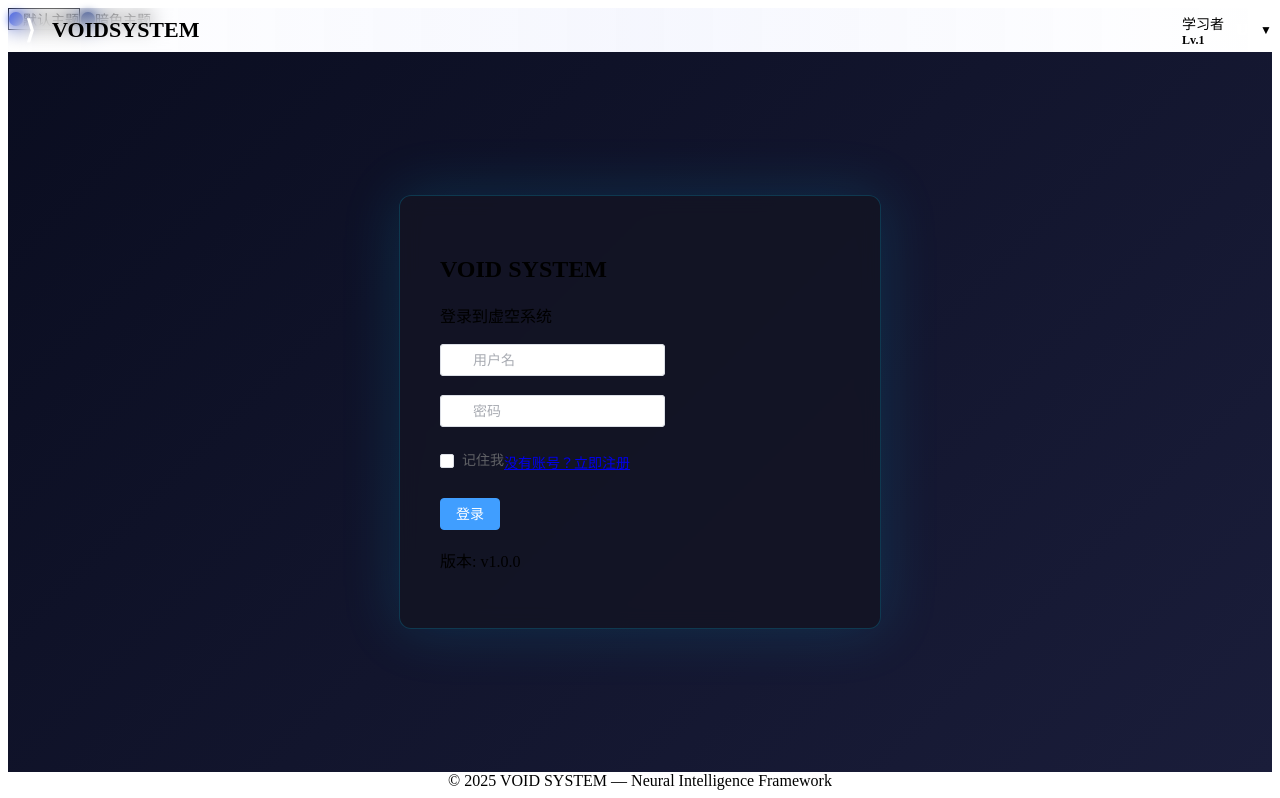
Repository: Void-Creator-Deity/Void-System
Page: /settings (app in void-system-frontend/)
The author's editor kept a copy of each file at every save. The page is drawn from the files as they stood at one save, then again after the next save.
The browser window is 1280 px wide. The pictures show the whole page.
The project was rebuilt for these pictures with package versions that can differ from the ones it lists, and the page was loaded fresh each time. Also part of the build but not shown: void-system-frontend/vite.config.js.

Above is the page before, as saved 2025-11-20 21:42:00.

### void-system-frontend/index.html
<!doctype html>
<html lang="en">
  <head>
    <meta charset="UTF-8" />
    <link rel="icon" type="image/svg+xml" href="/vite.svg" />
    <meta name="viewport" content="width=device-width, initial-scale=1.0" />
    <title>void-system-frontend</title>
  </head>
  <body>
    <div id="app"></div>
    <script type="module" src="/src/main.js"></script>
  </body>
</html>

### void-system-frontend/src/main.js
import { createApp } from "vue"
import App from "./App.vue"
import router from "./router"
import ElementPlus from "element-plus"
import "element-plus/dist/index.css"
import { setupAuthInterceptor } from "./api/user.js"

// 初始化认证拦截器
setupAuthInterceptor()

// 添加系统初始化效果
document.addEventListener('DOMContentLoaded', () => {
  document.body.classList.add('system-loaded')
})

const app = createApp(App)
app.use(router)
app.use(ElementPlus)
app.mount("#app")

### void-system-frontend/src/App.vue
<template>
  <div id="app">
    <!-- 加载遮罩 -->
    <div v-if="isLoading" class="loading-overlay">
      <div class="loading"></div>
      <div class="loading-text">系统初始化中...</div>
    </div>

    <!-- 主题切换按钮 -->
    <div class="theme-switcher">
      <button
        v-for="theme in themes"
        :key="theme.id"
        class="theme-btn"
        :class="{ active: currentTheme === theme.id }"
        :style="{ '--theme-color': theme.color }"
        @click="switchTheme(theme.id)"
        :title="theme.name"
      >
        <span class="theme-dot"></span>
        <span class="theme-name">{{ theme.name }}</span>
      </button>
    </div>

    <!-- 系统顶栏 -->
    <header class="header">
      <div class="container header-container">
        <div class="logo-area flex items-center gap-md">
          <div class="logo">
            <span class="logo-symbol">⟩</span>
          </div>
          <h1 class="system-title">
            <span class="title-void">VOID</span>
            <span class="title-system">SYSTEM</span>
          </h1>
        </div>
        <!-- 桌面端导航 -->
        <nav class="nav-links flex gap-md">
          <NavItem to="/" icon="🏠">首页</NavItem>
          <NavItem to="/ai" icon="⌨️">AI控制台</NavItem>
          <NavItem to="/advisor" icon="🧠">学习顾问</NavItem>
          <NavItem to="/qa" icon="❓">知识问答</NavItem>
          <NavItem to="/settings" icon="⚙️">系统设置</NavItem>
        </nav>

        <!-- 移动端菜单按钮 -->
        <button class="mobile-menu-btn" @click="toggleMobileMenu">
          <span class="menu-icon">☰</span>
        </button>

        <!-- 用户信息 -->
        <div class="user-area flex items-center gap-md">

          <!-- 用户信息 -->
          <div class="user-profile flex items-center gap-sm">
            <div class="user-details">
              <div class="user-name">{{ userName }}</div>
              <div class="user-level">Lv.{{ userLevel }}</div>
            </div>
            <div class="user-avatar">
              <span>{{ userAvatar }}</span>
            </div>
            <button class="user-menu-btn" @click="toggleUserMenu">
              <span>▼</span>
            </button>
          </div>

          <!-- 用户下拉菜单 -->
          <div v-if="showUserMenu" class="user-dropdown">
            <div class="dropdown-item" @click="goToProfile">个人资料</div>
            <div class="dropdown-item" @click="goToSettings">系统设置</div>
            <div class="dropdown-item logout" @click="logout">退出登录</div>
          </div>
        </div>
      </div>
    </header>

    <!-- 主界面内容区 -->
    <main class="main">
      <div class="container">
        <RouterView />
      </div>
    </main>

    <!-- 底部系统信息栏 -->
    <footer class="footer">
      <div class="container">
        <div class="system-info">
          <div class="copyright text-center text-sm text-muted">
            © {{ new Date().getFullYear() }} VOID SYSTEM — Neural Intelligence Framework
          </div>
        </div>
      </div>
    </footer>
  </div>
</template>

<script setup>
import { RouterLink, RouterView, useRouter } from 'vue-router'
import { ref, onMounted } from 'vue'

// 导航项组件
import { h } from 'vue'
const router = useRouter()

// 状态管理
const isLoading = ref(false)
const showUserMenu = ref(false)
const userName = ref('学习者')
const userLevel = ref(1)
const userAvatar = ref('U')
const currentTheme = ref('default')

// 可用主题列表
const themes = [
  { id: 'default', name: '默认主题', color: '#4361ee' },
  { id: 'dark', name: '暗色主题', color: '#1e3a8a' }
]

// 导航项组件增强
const NavItem = (props, { slots }) => {
  return h(RouterLink,
    {
      to: props.to,
      class: 'nav-item',
      custom: true,
      vSlots: {
        default: ({ isActive }) => h('div',
          {
            class: ['nav-link', isActive ? 'active' : ''],
            onClick: () => props.onClick && props.onClick()
          },
          [
            h('span', { class: 'nav-icon' }, props.icon),
            h('span', { class: 'nav-text' }, slots.default()),
            isActive ? h('div', { class: 'nav-indicator' }) : null
          ]
        )
      }
    }
  )
}
NavItem.props = ['to', 'icon', 'onClick']

// 方法定义
const switchTheme = (themeId) => {
  currentTheme.value = themeId
  // 更新body的data-theme属性
  if (themeId === 'default') {
    document.body.removeAttribute('data-theme')
  } else {
    document.body.setAttribute('data-theme', themeId)
  }
  // 保存到localStorage以便下次加载时使用
  localStorage.setItem('void-system-theme', themeId)
}

const toggleUserMenu = () => {
  showUserMenu.value = !showUserMenu.value
}

const goToProfile = () => {
  showUserMenu.value = false
  // 跳转到个人资料页面
}

const goToSettings = () => {
  showUserMenu.value = false
  router.push('/settings')
}

const logout = () => {
  showUserMenu.value = false
  // 处理退出登录逻辑
  router.push('/login')
}

// 生命周期钩子
onMounted(() => {
  // 从localStorage加载主题设置
  const savedTheme = localStorage.getItem('void-system-theme')
  if (savedTheme) {
    switchTheme(savedTheme)
  }

  // 模拟加载完成
  setTimeout(() => {
    isLoading.value = false
  }, 500)
})
</script>

<style scoped>
/* 加载遮罩 */
  .loading-overlay {
    position: fixed;
    top: 0;
    left: 0;
    right: 0;
    bottom: 0;
    background-color: var(--color-bg-primary);
    display: flex;
    flex-direction: column;
    align-items: center;
    justify-content: center;
    gap: var(--spacing-lg);
    z-index: 9999;
  }

  .loading {
    width: 60px;
    height: 60px;
    border: 4px solid var(--color-bg-tertiary);
    border-top-color: var(--color-primary);
    border-radius: 50%;
    animation: spin 1s linear infinite;
  }

  .loading-text {
    color: var(--color-text-primary);
    font-weight: 600;
    font-size: 1.125rem;
    color: var(--color-primary);
  }
/* 主题切换器 */
  .theme-switcher {
    position: fixed;
    top: var(--spacing-lg);
    right: var(--spacing-lg);
    z-index: 100;
    display: flex;
    gap: var(--spacing-sm);
    background-color: var(--color-bg-secondary);
    border: 1px solid var(--color-border-light);
    border-radius: var(--radius-lg);
    padding: var(--spacing-xs);
  }

  .theme-btn {
    display: flex;
    align-items: center;
    gap: var(--spacing-xs);
    padding: var(--spacing-xs) var(--spacing-sm);
    border: 1px solid transparent;
    border-radius: var(--radius-md);
    background: transparent;
    color: var(--color-text-primary);
    cursor: pointer;
    transition: all var(--transition-fast);
  }

  .theme-btn:hover {
    background-color: var(--color-bg-tertiary);
  }

  .theme-btn.active {
    background-color: var(--color-bg-tertiary);
    border-color: var(--color-primary);
  }

.theme-dot {
  width: 14px;
  height: 14px;
  border-radius: 50%;
  background-color: var(--theme-color);
  box-shadow: 0 0 8px var(--theme-color);
}

.theme-name {
  font-size: 0.875rem;
  font-weight: 500;
}

/* 顶栏样式 - 游戏化界面 */
.header {
  /* 顶栏容器布局 */
  .header-container {
    display: flex;
    align-items: center;
    justify-content: space-between;
  }
  background-color: var(--color-bg-primary);
  background-image: linear-gradient(to right, transparent, rgba(67, 97, 238, 0.05), transparent);
  border-bottom: 1px solid var(--color-border-light);
  padding: var(--spacing-md) 0;
  position: sticky;
  top: 0;
  z-index: 100;
  backdrop-filter: blur(10px);
}

/* 顶栏样式 */
  .header {
    background-color: var(--color-bg-primary);
    border-bottom: 1px solid var(--color-border-light);
    padding: var(--spacing-md) 0;
    position: sticky;
    top: 0;
    z-index: 100;
  }

  .logo-area {
    display: flex;
    align-items: center;
    gap: var(--spacing-md);
  }

  .logo {
    width: 44px;
    height: 44px;
    border-radius: var(--radius-md);
    background: linear-gradient(135deg, var(--color-primary), var(--color-primary-dark));
    display: flex;
    align-items: center;
    justify-content: center;
    color: white;
    font-size: 1.625rem;
    font-weight: bold;
  }

  .system-title {
    font-size: 1.375rem;
    font-weight: 700;
    display: flex;
    gap: var(--spacing-xs);
    margin: 0;
  }

  .title-void {
    color: var(--color-primary);
  }

  .title-system {
    color: var(--color-text-secondary);
    font-weight: 600;
  }

/* 导航样式 */
  .nav-links {
    display: flex;
    gap: var(--spacing-sm);
  }

  .nav-link {
    display: flex;
    align-items: center;
    gap: var(--spacing-xs);
    padding: var(--spacing-sm) var(--spacing-md);
    color: var(--color-text-secondary);
    text-decoration: none;
    border-radius: var(--radius-md);
    transition: all var(--transition-fast);
  }

  .nav-link:hover {
    background-color: var(--color-bg-secondary);
    color: var(--color-text-primary);
  }

  .nav-link.active {
    color: var(--color-primary);
    background-color: rgba(67, 97, 238, 0.08);
  }

  .nav-link.active .nav-indicator {
    position: absolute;
    bottom: 0;
    left: 0;
    width: 100%;
    height: 2px;
    background: var(--color-primary);
    border-radius: var(--radius-full);
  }

  .nav-icon {
    font-size: 1.25rem;
  }

.nav-text {
  font-weight: 500;
}

/* 用户区域 */
  .user-area {
    display: flex;
    align-items: center;
    gap: var(--spacing-md);
  }

  .notification-btn {
    position: relative;
    background: transparent;
    border: none;
    font-size: 1.25rem;
    cursor: pointer;
    padding: var(--spacing-sm);
    border-radius: var(--radius-md);
    transition: all var(--transition-fast);
  }

  .notification-btn:hover {
    background-color: var(--color-bg-secondary);
  }

.notification-badge {
    position: absolute;
    top: 2px;
    right: 2px;
    min-width: 18px;
    height: 18px;
    padding: 0 5px;
    background: var(--color-error);
    color: white;
    font-size: 0.75rem;
    font-weight: 600;
    border-radius: 9px;
    display: flex;
    align-items: center;
    justify-content: center;
  }

.user-profile {
    display: flex;
    align-items: center;
    gap: var(--spacing-sm);
    padding: var(--spacing-xs);
    border-radius: var(--radius-md);
    cursor: pointer;
    transition: all var(--transition-fast);
  }

  .user-profile:hover {
    background-color: var(--color-bg-secondary);
  }

  .user-details {
    display: flex;
    flex-direction: column;
  }

  .user-name {
    font-weight: 500;
    color: var(--color-text-primary);
    font-size: 0.875rem;
  }

  .user-level {
    font-size: 0.75rem;
    color: var(--color-primary);
    font-weight: 600;
  }

  .user-avatar {
    width: 36px;
    height: 36px;
    border-radius: 50%;
    background: linear-gradient(135deg, var(--color-primary), var(--color-secondary));
    color: white;
    display: flex;
    align-items: center;
    justify-content: center;
    font-weight: 600;
    font-size: 1rem;
  }

.user-menu-btn {
  background: transparent;
  border: none;
  font-size: 0.75rem;
  color: var(--color-text-muted);
  cursor: pointer;
  padding: var(--spacing-xs);
  transition: all var(--transition-fast);
}

.user-menu-btn:hover {
  color: var(--color-text-primary);
  transform: translateY(1px);
}

/* 用户下拉菜单 */
  .user-dropdown {
    position: absolute;
    top: calc(100% + var(--spacing-sm));
    right: var(--spacing-md);
    background-color: var(--color-bg-secondary);
    border: 1px solid var(--color-border-light);
    border-radius: var(--radius-lg);
    box-shadow: var(--shadow-lg);
    padding: var(--spacing-xs) 0;
    min-width: 180px;
    z-index: 101;
  }

  .user-dropdown::before {
    content: '';
    position: absolute;
    top: 0;
    left: 0;
    right: 0;
    height: 2px;
    background: var(--color-primary);
  }

  .dropdown-item {
    padding: var(--spacing-sm) var(--spacing-md);
    color: var(--color-text-primary);
    cursor: pointer;
    transition: all var(--transition-fast);
    font-size: 0.875rem;
  }

  .dropdown-item:hover {
    background-color: var(--color-bg-tertiary);
  }

.dropdown-divider {
  height: 1px;
  background-color: var(--color-border);
  margin: var(--spacing-xs) 0;
}

.dropdown-item.logout {
  color: var(--color-error);
  font-weight: 500;
}

.dropdown-item.logout:hover {
  background-color: rgba(239, 68, 68, 0.1);
}

/* 移动端菜单按钮 */
.mobile-menu-btn {
  display: none;
  background: transparent;
  border: none;
  font-size: 1.5rem;
  cursor: pointer;
  padding: var(--spacing-sm);
  border-radius: var(--radius-md);
  transition: background-color var(--transition-fast);
}

.mobile-menu-btn:hover {
  background-color: var(--color-bg-secondary);
}

/* 主内容区 */
  .main {
    flex: 1;
    padding: var(--spacing-xl) 0;
    background-color: var(--color-bg-primary);
  }

/* 底部样式 */
  .footer {
    background-color: var(--color-bg-primary);
    border-top: 1px solid var(--color-border-light);
    padding: var(--spacing-lg) 0;
  }

.system-info {
  text-align: center;
}

/* 数据卡片样式 */
  .stat-card {
    background-color: var(--color-bg-secondary);
    border: 1px solid var(--color-border-light);
    border-radius: var(--radius-lg);
    padding: var(--spacing-lg);
    transition: all var(--transition-normal);
    box-shadow: var(--shadow-md);
  }

  .stat-card::before {
    content: '';
    position: absolute;
    top: 0;
    left: 0;
    right: 0;
    height: 3px;
    background: var(--color-primary);
  }

  .stat-card:hover {
    transform: translateY(-2px);
    box-shadow: var(--shadow-lg);
  }

.stat-icon {
  width: 48px;
  height: 48px;
  border-radius: var(--radius-md);
  background: linear-gradient(135deg, var(--color-primary-light), var(--color-primary));
  display: flex;
  align-items: center;
  justify-content: center;
  font-size: 1.5rem;
  color: white;
  box-shadow: 0 0 15px rgba(67, 97, 238, 0.2);
  margin-bottom: var(--spacing-md);
}

.stat-value {
  font-size: 1.75rem;
  font-weight: 700;
  color: var(--color-text-primary);
  margin-bottom: var(--spacing-xs);
}

.stat-label {
  font-size: 0.875rem;
  color: var(--color-text-secondary);
}

.stat-change {
  font-size: 0.75rem;
  font-weight: 500;
  padding: 2px 6px;
  border-radius: var(--radius-sm);
  display: inline-flex;
  align-items: center;
  gap: 2px;
}

.stat-change.positive {
  background-color: rgba(34, 197, 94, 0.1);
  color: var(--color-success);
}

.stat-change.negative {
  background-color: rgba(239, 68, 68, 0.1);
  color: var(--color-error);
}

/* 移动端导航覆盖 */
  .mobile-nav-overlay {
    position: fixed;
    top: 0;
    left: 0;
    right: 0;
    bottom: 0;
    background-color: rgba(0, 0, 0, 0.5);
    z-index: 200;
    display: flex;
    align-items: center;
    justify-content: center;
  }

  .mobile-nav {
    background-color: var(--color-bg-primary);
    border-radius: var(--radius-lg);
    padding: var(--spacing-lg);
    width: 90%;
    max-width: 400px;
    max-height: 80vh;
    overflow-y: auto;
  }

.mobile-close-btn {
  position: absolute;
  top: var(--spacing-md);
  right: var(--spacing-md);
  background: transparent;
  border: none;
  font-size: 1.5rem;
  cursor: pointer;
  padding: var(--spacing-xs);
  border-radius: var(--radius-md);
  transition: background-color var(--transition-fast);
}

.mobile-close-btn:hover {
  background-color: var(--color-bg-secondary);
}

.mobile-nav-links {
  margin-top: var(--spacing-lg);
}

.mobile-nav-links .nav-link {
  padding: var(--spacing-md);
  font-size: 1.125rem;
}

/* 基础样式优化 */
  html {
    scroll-behavior: smooth;
  }

  ::selection {
    background-color: rgba(67, 97, 238, 0.2);
    color: var(--color-primary);
  }

  button:focus,
  a:focus,
  input:focus,
  textarea:focus,
  select:focus {
    outline: 2px solid var(--color-primary);
    outline-offset: 2px;
  }
</style>

### void-system-frontend/src/router/index.js
import { createRouter, createWebHistory } from 'vue-router'
import { isLoggedIn } from '@/api/user'

// 路由懒加载
const Home = () => import('@/pages/Home.vue')
const AIConsole = () => import('@/pages/AIConsole.vue')
const Advisor = () => import('@/pages/Advisor.vue')
const QA = () => import('@/pages/QA.vue')
const Settings = () => import('@/pages/Settings.vue')
const Login = () => import('@/pages/Login.vue')
const Register = () => import('@/pages/Register.vue')

const routes = [
  {
    path: '/',
    name: 'Home',
    component: Home,
    meta: { requiresAuth: true }
  },
  {
    path: '/ai',
    name: 'AIConsole',
    component: AIConsole,
    meta: { requiresAuth: true }
  },
  {
    path: '/advisor',
    name: 'Advisor',
    component: Advisor,
    meta: { requiresAuth: true }
  },
  {
    path: '/qa',
    name: 'QA',
    component: QA,
    meta: { requiresAuth: true }
  },
  {
    path: '/settings',
    name: 'Settings',
    component: Settings,
    meta: { requiresAuth: true }
  },
  {
    path: '/login',
    name: 'Login',
    component: Login,
    meta: { requiresAuth: false }
  },
  {
    path: '/register',
    name: 'Register',
    component: Register,
    meta: { requiresAuth: false }
  },
  // 404页面
  {
    path: '/:pathMatch(.*)*',
    redirect: '/'
  }
]

const router = createRouter({
  history: createWebHistory(),
  routes
})

// 路由守卫
router.beforeEach((to, from, next) => {
  const requiresAuth = to.meta.requiresAuth !== false

  if (requiresAuth && !isLoggedIn()) {
    // 需要登录但未登录，重定向到登录页
    next('/login')
  } else if ((to.path === '/login' || to.path === '/register') && isLoggedIn()) {
    // 已登录用户访问登录/注册页，重定向到首页
    next('/')
  } else {
    next()
  }
})

export default router

### void-system-frontend/src/pages/Login.vue
<template>
  <div class="login-container">
    <div class="login-form-wrapper">
      <div class="login-header">
        <h2><span class="glitch">VOID</span> <span class="system-text">SYSTEM</span></h2>
        <p class="subtitle">登录到虚空系统</p>
      </div>

      <el-form :model="loginForm" :rules="rules" ref="loginFormRef" label-width="0px" class="login-form">
        <el-form-item prop="username">
          <div class="input-wrapper">
            <el-input
              v-model="loginForm.username"
              placeholder="用户名"
              prefix-icon="el-icon-user"
              :prefix-icon-style="{ color: '#00ccff' }"
              :disabled="isLoading"
            />
          </div>
        </el-form-item>

        <el-form-item prop="password">
          <div class="input-wrapper">
            <el-input
              v-model="loginForm.password"
              type="password"
              placeholder="密码"
              prefix-icon="el-icon-lock"
              :prefix-icon-style="{ color: '#00ccff' }"
              show-password
              :disabled="isLoading"
            />
          </div>
        </el-form-item>

        <el-form-item>
          <div class="form-actions">
            <el-checkbox v-model="loginForm.rememberMe" :disabled="isLoading">记住我</el-checkbox>
            <router-link to="/register" class="register-link">没有账号？立即注册</router-link>
          </div>
        </el-form-item>

        <el-form-item>
          <el-button
            type="primary"
            @click="handleLogin"
            class="login-btn"
            :loading="isLoading"
            :disabled="isLoading"
          >
            {{ isLoading ? '登录中...' : '登录' }}
          </el-button>
        </el-form-item>
      </el-form>

      <div class="login-footer">
        <p class="version">版本: v1.0.0</p>
      </div>
    </div>
  </div>
</template>

<script setup>
import { ref, reactive } from 'vue'
import { ElMessage, ElMessageBox } from 'element-plus'
import { useRouter } from 'vue-router'
import { login } from '@/api/user'

const router = useRouter()
const loginFormRef = ref()
const isLoading = ref(false)

const loginForm = reactive({
  username: '',
  password: '',
  rememberMe: false
})

const rules = {
  username: [
    { required: true, message: '请输入用户名', trigger: 'blur' },
    { min: 3, max: 20, message: '用户名长度在 3 到 20 个字符', trigger: 'blur' }
  ],
  password: [
    { required: true, message: '请输入密码', trigger: 'blur' },
    { min: 6, message: '密码长度至少为 6 个字符', trigger: 'blur' }
  ]
}

const handleLogin = async () => {
  await loginFormRef.value.validate(async (valid) => {
    if (valid) {
      isLoading.value = true
      try {
        const result = await login(loginForm.username, loginForm.password)

        if (loginForm.rememberMe) {
          localStorage.setItem('remembered_user', loginForm.username)
        } else {
          localStorage.removeItem('remembered_user')
        }

        ElMessage.success('登录成功')
        router.push('/')
      } catch (error) {
        console.error('登录失败:', error)
        const errorMessage = error.response?.data?.detail || '登录失败，请检查用户名和密码'
        ElMessage.error(errorMessage)
      } finally {
        isLoading.value = false
      }
    }
  })
}

const rememberedUser = localStorage.getItem('remembered_user')
if (rememberedUser) {
  loginForm.username = rememberedUser
  loginForm.rememberMe = true
}
</script>

<style scoped>
.login-container {
  width: 100%;
  height: 100vh;
  display: flex;
  justify-content: center;
  align-items: center;
  background: linear-gradient(135deg, #0a0d20 0%, #1a1d3a 100%);
  position: relative;
  overflow: hidden;
}

.login-form-wrapper {
  width: 100%;
  max-width: 400px;
  background: rgba(19, 21, 36, 0.85);
  border: 1px solid rgba(0, 204, 255, 0.2);
  border-radius: 12px;
  padding: 2.5rem;
  box-shadow: 0 0 60px rgba(0, 204, 255, 0.15);
  backdrop-filter: blur(10px);
}

/* 其他样式省略... */
</style>

### void-system-frontend/src/api/index.js
import axios from "axios"

const api = axios.create({
  baseURL: "http://127.0.0.1:8000",  // 连接 FastAPI
  timeout: 60000,  // 增加到60秒，足够AI生成内容
  headers: {
    'Content-Type': 'application/json'
  }
})

export default api

Loaded but not shown: void-system-frontend/src/api/user.js (71 lines, source omitted)

After the next save:
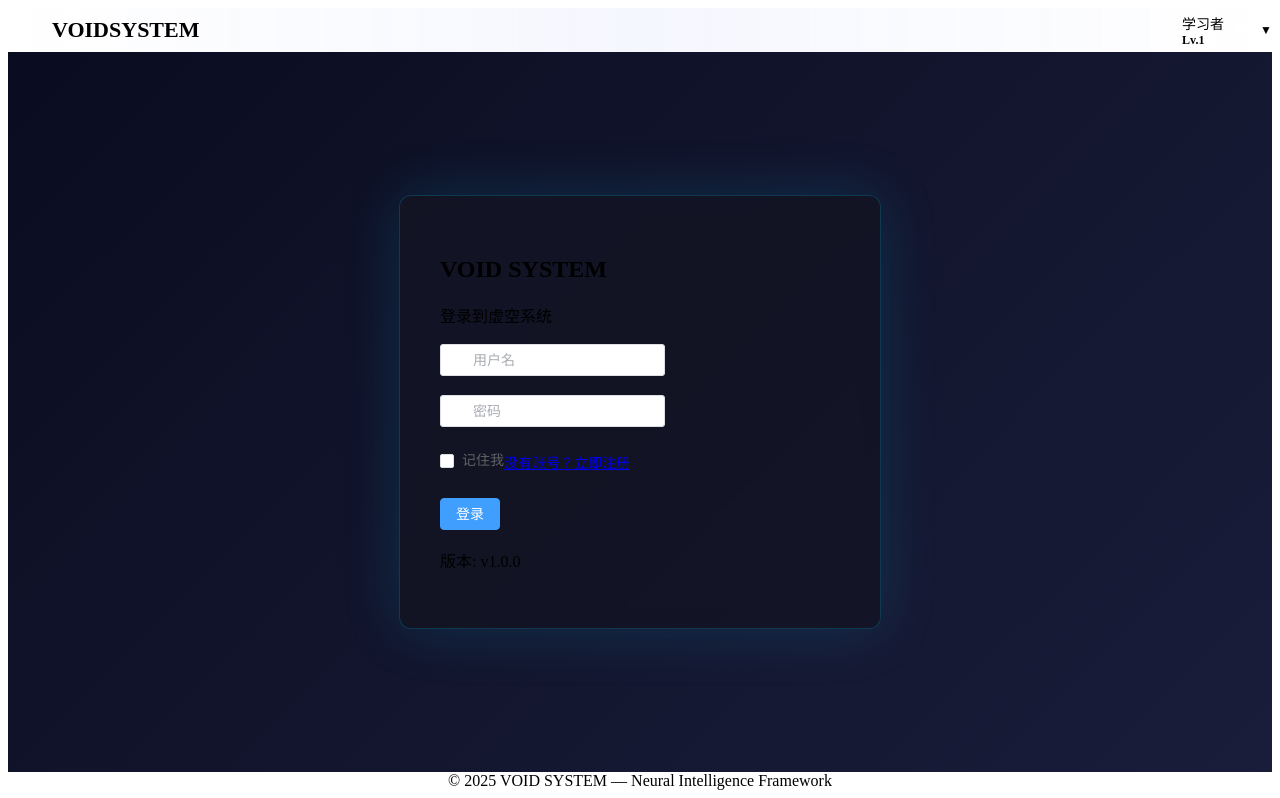
Saved 91 s later.
--- a/void-system-frontend/src/App.vue
+++ b/void-system-frontend/src/App.vue
@@ -4,22 +4,6 @@
     <div v-if="isLoading" class="loading-overlay">
       <div class="loading"></div>
       <div class="loading-text">系统初始化中...</div>
-    </div>
-
-    <!-- 主题切换按钮 -->
-    <div class="theme-switcher">
-      <button
-        v-for="theme in themes"
-        :key="theme.id"
-        class="theme-btn"
-        :class="{ active: currentTheme === theme.id }"
-        :style="{ '--theme-color': theme.color }"
-        @click="switchTheme(theme.id)"
-        :title="theme.name"
-      >
-        <span class="theme-dot"></span>
-        <span class="theme-name">{{ theme.name }}</span>
-      </button>
     </div>
 
     <!-- 系统顶栏 -->
@@ -97,7 +81,7 @@
 
 <script setup>
 import { RouterLink, RouterView, useRouter } from 'vue-router'
-import { ref, onMounted } from 'vue'
+import { ref } from 'vue'
 
 // 导航项组件
 import { h } from 'vue'
@@ -142,19 +126,6 @@ const NavItem = (props, { slots }) => {
 }
 NavItem.props = ['to', 'icon', 'onClick']
 
-// 方法定义
-const switchTheme = (themeId) => {
-  currentTheme.value = themeId
-  // 更新body的data-theme属性
-  if (themeId === 'default') {
-    document.body.removeAttribute('data-theme')
-  } else {
-    document.body.setAttribute('data-theme', themeId)
-  }
-  // 保存到localStorage以便下次加载时使用
-  localStorage.setItem('void-system-theme', themeId)
-}
-
 const toggleUserMenu = () => {
   showUserMenu.value = !showUserMenu.value
 }
@@ -174,20 +145,6 @@ const logout = () => {
   // 处理退出登录逻辑
   router.push('/login')
 }
-
-// 生命周期钩子
-onMounted(() => {
-  // 从localStorage加载主题设置
-  const savedTheme = localStorage.getItem('void-system-theme')
-  if (savedTheme) {
-    switchTheme(savedTheme)
-  }
-
-  // 模拟加载完成
-  setTimeout(() => {
-    isLoading.value = false
-  }, 500)
-})
 </script>
 
 <style scoped>
